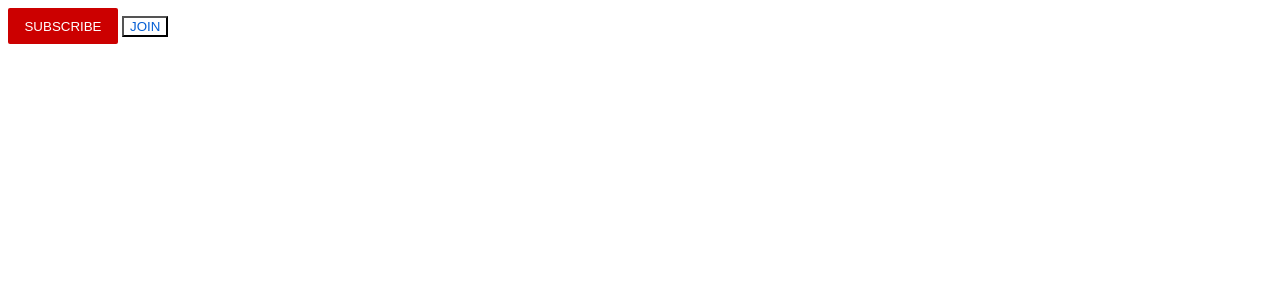
Repository: Kurumilli/Youtube
Page: buttons.html
These files come from the project's save history. The page is drawn as it stood at one moment and after the next save; the edit follows.
The browser window is 1280 px wide. The pictures show the whole page.

Above is the page before, as saved 2025-01-23 20:06:17.

### buttons.html
<html>
<body>
<style>
.subscribe{
    background-color: rgb(204, 0, 0);
    border:none;
    color: white;
    height: 36px;
    width: 110px;
    border-radius: 2px;
    cursor: pointer;
}

.join{
background-color: white;
color: rgb(6, 95, 212);

}
</style>

<button class="subscribe">
    SUBSCRIBE
</button>

<button class="join">
    JOIN
</button>
</body>
</html>

After the next save:
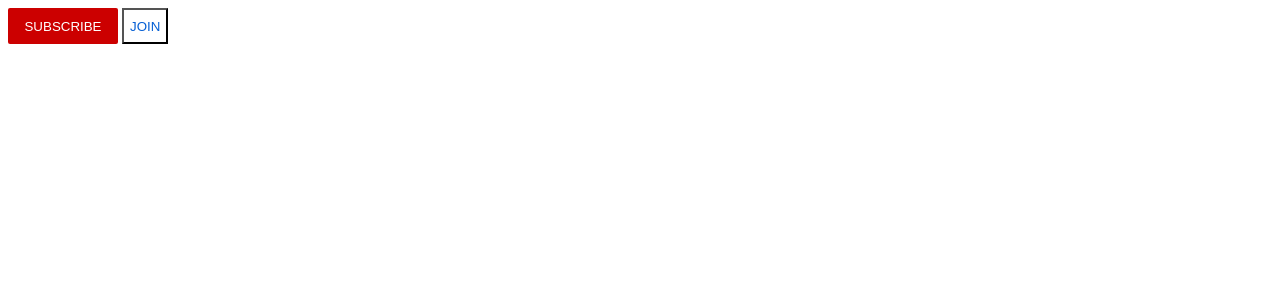
Saved 27 s later.
--- a/buttons.html
+++ b/buttons.html
@@ -14,6 +14,8 @@
 .join{
 background-color: white;
 color: rgb(6, 95, 212);
+height:36px;
+
 
 }
 </style>
